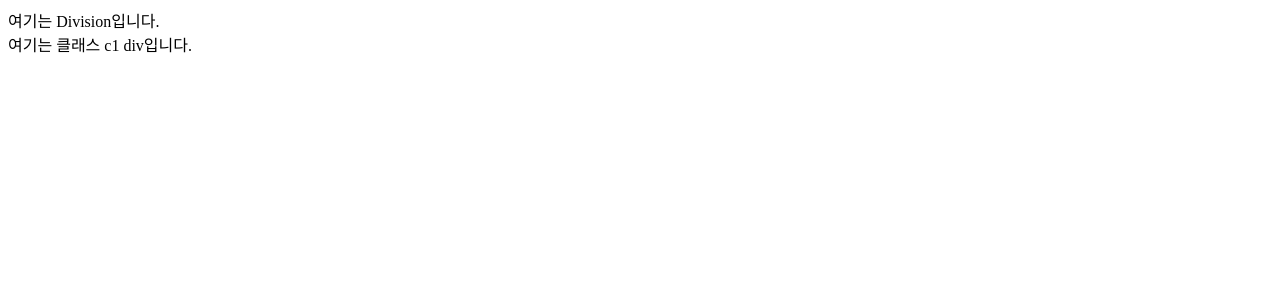
Repository: XenosJM/WEB_CODES
Page: Web02_CSS/src/main/webapp/03_selector.html
The author's editor kept a copy of each file at every save. The page is drawn from the files as they stood at one save, then again after the next save.
The browser window is 1280 px wide. The pictures show the whole page.

Above is the page before, as saved 2024-03-19 07:07:19.

After the next save:
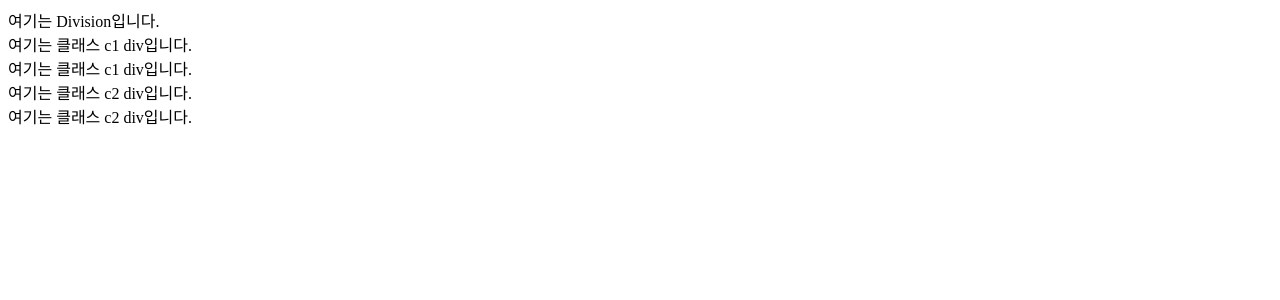
Saved 13 s later.
--- a/Web02_CSS/src/main/webapp/03_selector.html
+++ b/Web02_CSS/src/main/webapp/03_selector.html
@@ -23,6 +23,9 @@
 
 	<div>여기는 Division입니다.</div>
 	<div class="c1">여기는 클래스 c1 div입니다.</div>
+	<div class="c1">여기는 클래스 c1 div입니다.</div>
+	<div class="c2">여기는 클래스 c2 div입니다.</div>
+	<div class="c2">여기는 클래스 c2 div입니다.</div>
 
 </body>
 </html>
